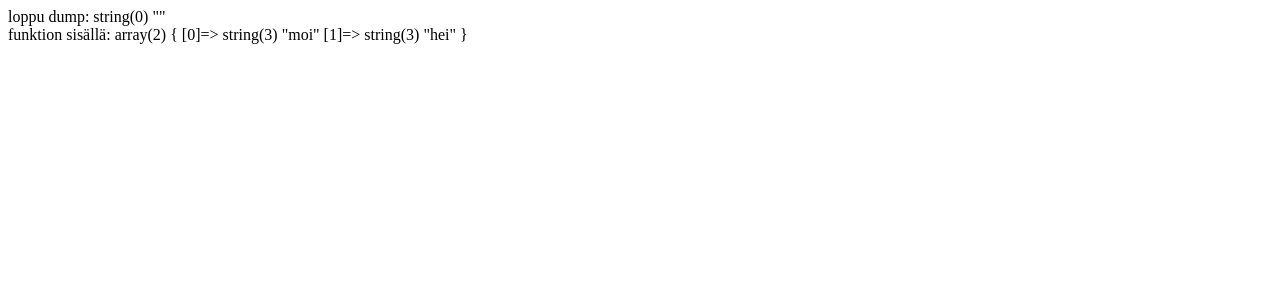
Repository: TommiKurjensalo/php
Page: http://localhost/test/ifTest.php
An editor plug-in stored every save of this project. The page is shown before and after the next save, followed by the edit.
The browser window is 1280 px wide. The pictures show the whole page.
The page is run by PHP 8.4 with error messages shown; the project is at /var/www/html/.

Above is the page before, as saved 2017-04-24 20:25:43.

### sivut/test/ifTest.php


<?php
$a = "";





function getAsTiedot($b) {
	if(1==1) {
		$a = array("moi","hei");
	}
//	global $a;
	echo "<br>";
	echo 'funktion sisällä: ';
		var_dump($a);
	echo "<br>";
	array_push($a,$b);
	return $a;
}



echo 'loppu dump: ';
		var_dump($a);
?>

<?php
getAsTiedot("oma");
?>

After the next save:
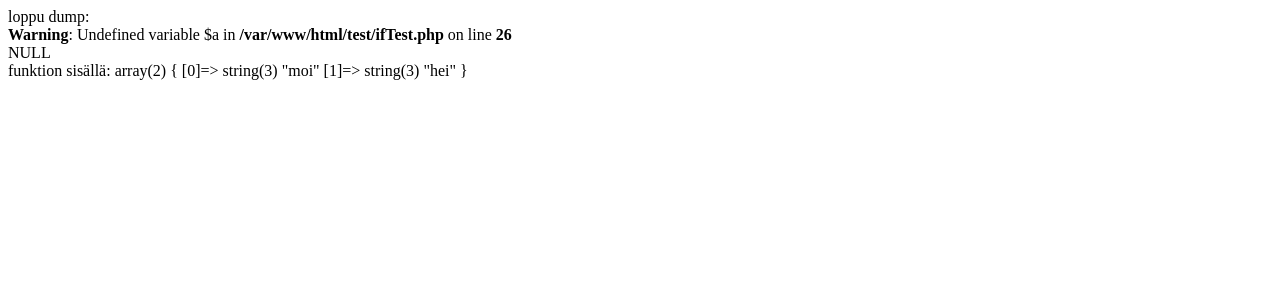
Saved 6 s later.
--- a/sivut/test/ifTest.php
+++ b/sivut/test/ifTest.php
@@ -1,7 +1,7 @@
 
 
 <?php
-$a = "";
+//$a = "";
 
 
 

After the save that followed:
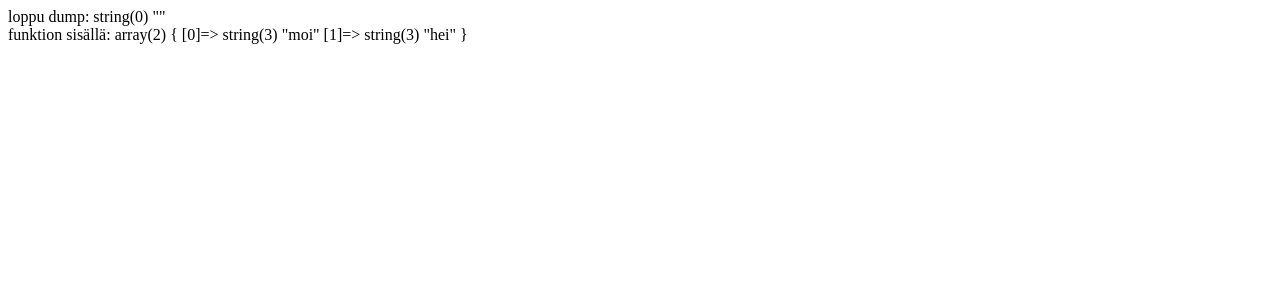
Saved 11 s later.
--- a/sivut/test/ifTest.php
+++ b/sivut/test/ifTest.php
@@ -1,7 +1,7 @@
 
 
 <?php
-//$a = "";
+$a = "";
 
 
 
